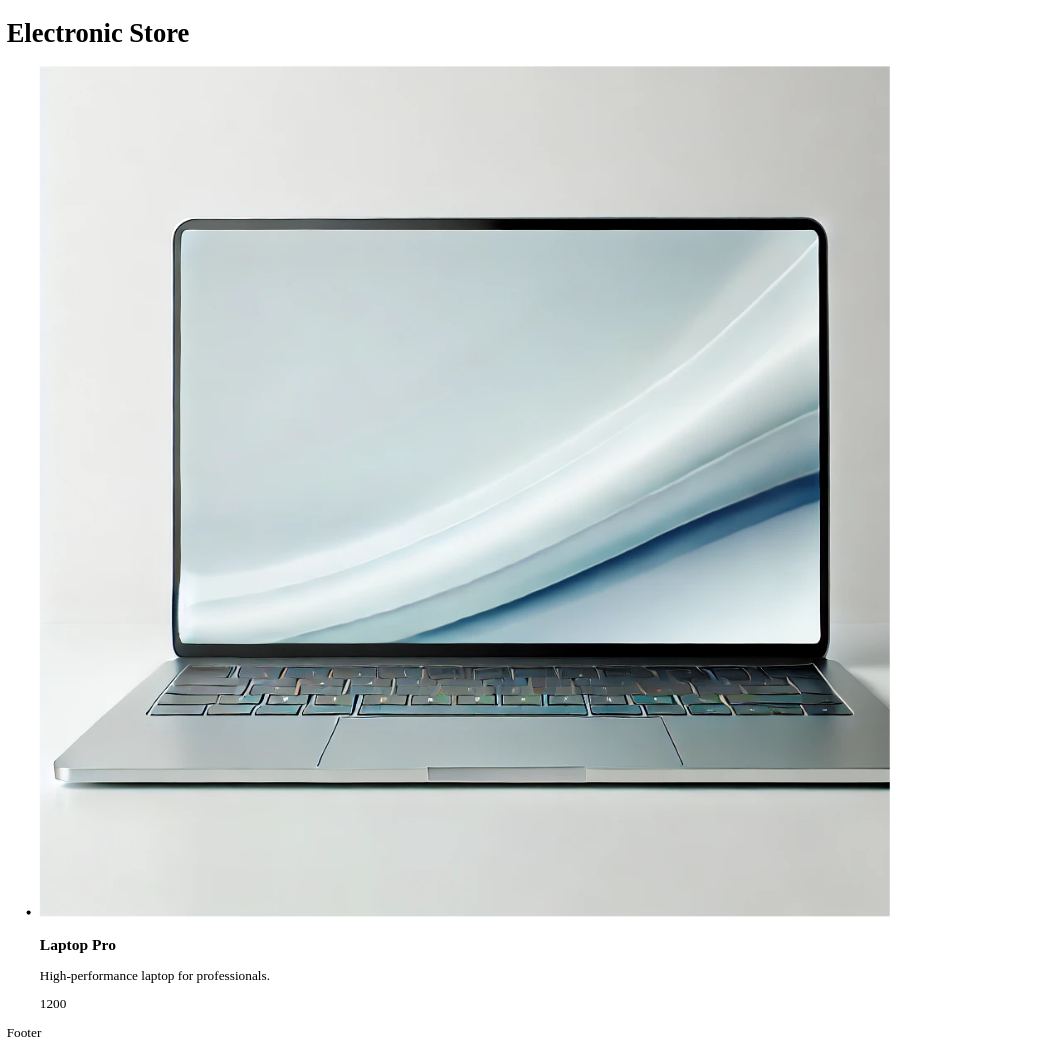
Repository: Lithium87/e-Strore
Page: /
An editor plug-in stored every save of this project. The page is shown before and after the next save, followed by the edit.
The browser window is 1280 px wide. The pictures show the whole page, at 83% of full size.
The project was rebuilt for these pictures with package versions that can differ from the ones it lists, and the page was loaded fresh each time. Also part of the build but not shown: vite.config.js.

Above is the page before, as saved 2025-07-05 15:18:54.

### src/main.jsx
import {StrictMode} from 'react';
import {createRoot} from 'react-dom/client';
import App from './App.jsx';

createRoot (document.getElementById ('root')).render (
  <StrictMode>
    <App />
  </StrictMode>
);

### src/App.jsx
import React from 'react';

const productData = [
  {
    name: 'Laptop Pro',
    description: 'High-performance laptop for professionals.',
    price: 1200,
    photoName: '/laptop.png',
    soldOut: false,
  },
  {
    name: 'Smartphone X',
    description: 'Latest model with stunning display.',
    price: 800,
    photoName: '/smartphone.png',
    soldOut: false,
  },
  {
    name: 'Wireless Headphones',
    description: 'Noise-cancelling headphones with great sound quality.',
    price: 200,
    photoName: '/headphones.png',
    soldOut: false,
  },
  {
    name: 'Smartwatch Z',
    description: 'Stylish smartwatch with fitness tracking features.',
    price: 150,
    photoName: '/smartwatch.png',
    soldOut: false,
  },
  {
    name: 'Gaming Console',
    description: 'Powerful gaming console for endless fun.',
    price: 400,
    photoName: '/console.png',
    soldOut: true,
  },
  {
    name: '4K TV',
    description: 'Ultra HD television with vibrant colors.',
    price: 1000,
    photoName: '/tv.png',
    soldOut: false,
  },
];

const App = () => {
  return (
    <div>
      <Header />
      <Catalog />
      <Footer />
    </div>
  );
};

const Header = () => {
  return (
    <header>
      <h1>Electronic Store</h1>
      <nav />
    </header>
  );
};

const Catalog = () => {
  return (
    <main>
      <ul>
        <Product />
      </ul>
    </main>
  );
};

const Product = () => {
  return (
    <li>
      <img src={productData[0].photoName} alt={productData[0].name} />
      <div>
        <h3>{productData[0].name}</h3>
        <p>{productData[0].description}</p>
        <span>{productData[0].price}</span>
      </div>
    </li>
  );
};

const Footer = () => {
  return <footer>Footer</footer>;
};

export default App;

Loaded but not shown: index.html (common file)

After the next save:
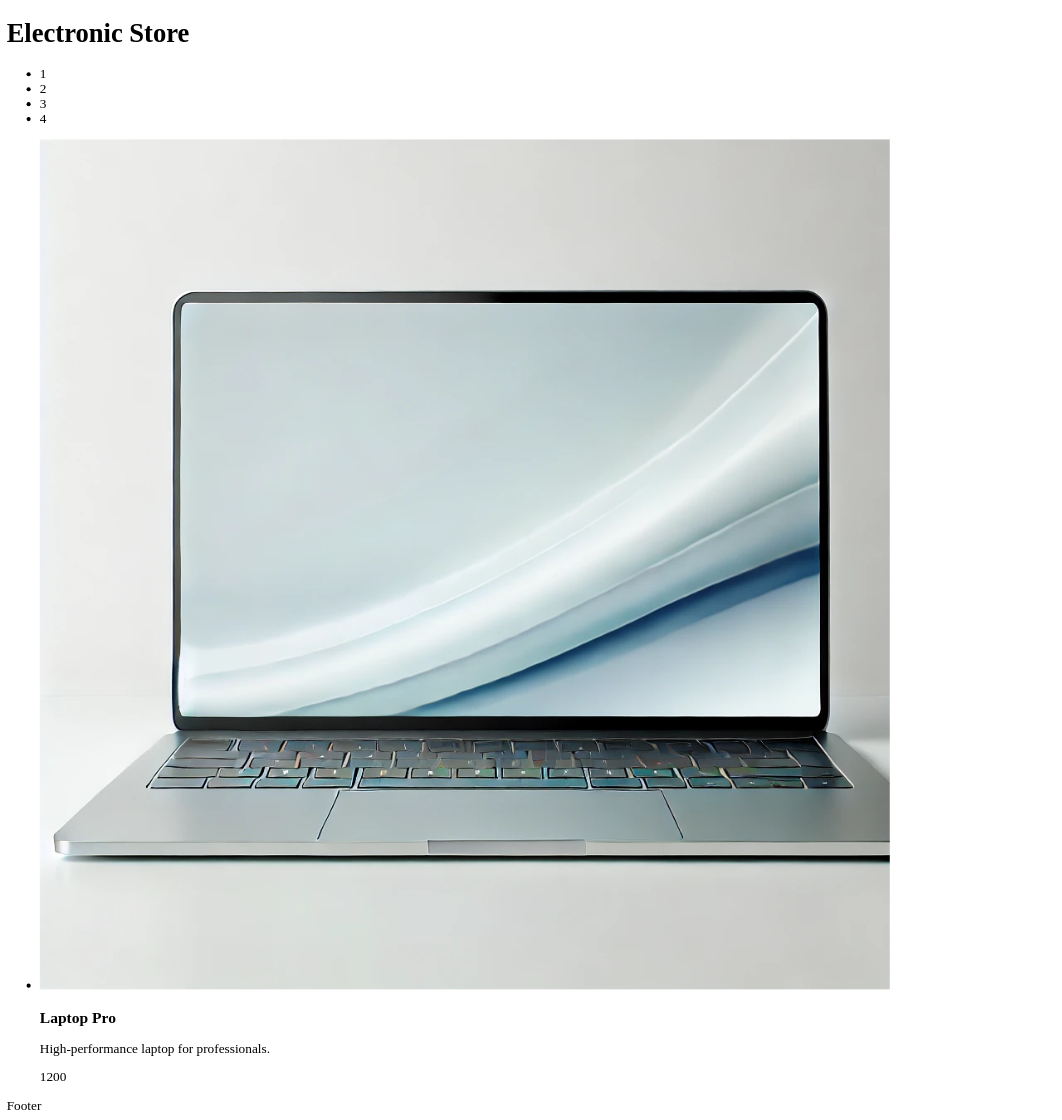
Saved 61 s later.
--- a/src/App.jsx
+++ b/src/App.jsx
@@ -59,7 +59,14 @@ const Header = () => {
   return (
     <header>
       <h1>Electronic Store</h1>
-      <nav />
+      <nav>
+        <ul>
+          <li>1</li>
+          <li>2</li>
+          <li>3</li>
+          <li>4</li>
+        </ul>
+      </nav>
     </header>
   );
 };
